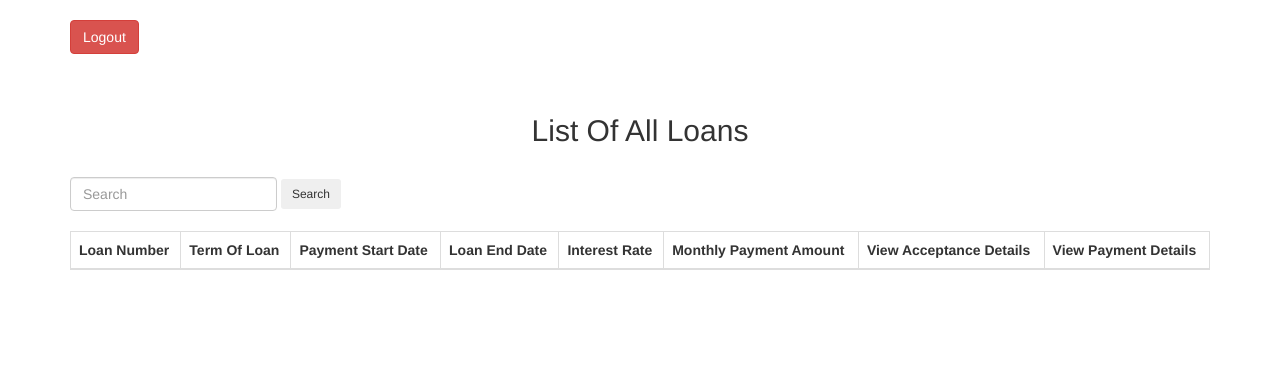
Repository: Bayvao/E-Loan-Project
Page: http://localhost/E-Loan-Project/WEB-INF/views/loan-list.jsp
An editor plug-in stored every save of this project. The page is shown before and after the next save, followed by the edit.
The browser window is 1280 px wide. The pictures show the whole page.
The page is served by Tomcat 9. Nobody is signed in. Other server files are loaded and not shown. The template is opened directly, without the code that normally fills it, so the values that code supplies are empty.

Above is the page before, as saved 2020-07-25 12:52:38.

### E-Loan-Project/src/main/webapp/WEB-INF/views/loan-list.jsp
<%@ taglib prefix="form" uri="http://www.springframework.org/tags/form"%>
<%@ taglib prefix="security"
	uri="http://www.springframework.org/security/tags"%>
<%@ taglib prefix="c" uri="http://java.sun.com/jsp/jstl/core"%>

<!DOCTYPE html>
<html lang="en">
<head>
<title>Loan List</title>

<meta charset="utf-8">
<meta name="viewport" content="width=device-width, initial-scale=1">
<link rel="stylesheet"
	href="https://maxcdn.bootstrapcdn.com/bootstrap/3.4.1/css/bootstrap.min.css">
<script
	src="https://ajax.googleapis.com/ajax/libs/jquery/3.5.1/jquery.min.js"></script>
<script
	src="https://maxcdn.bootstrapcdn.com/bootstrap/3.4.1/js/bootstrap.min.js"></script>


<style>
caption {
	text-align: center;
}

h2 {
	text-align: center;
}
</style>
</head>
<body>

	<div class="container">
		<br />

		<!-- Add a logout button -->
		<form:form action="${pageContext.request.contextPath}/logout"
			method="POST">

			<input type="submit" class="btn btn-danger" value="Logout" />

		</form:form>


		<br />
		<!-- display user name and role -->

		<p>

			<security:authorize access="isAuthenticated()">
        User: <security:authentication property="principal.username" />
        | Role: <security:authentication
					property="principal.authorities" />
			</security:authorize>

			<br />
		<div>
			<h2>List Of All Loans</h2>
		</div>
		<br />

		<form:form action="${pageContext.request.contextPath}/searchLoan"
			method="POST" class="form-inline">
			<i class="fas fa-search" aria-hidden="true"></i> <input
				class="form-control form-control-sm ml-3 w-75" type="text"
				placeholder="Search" aria-label="Search">
				<button class="btn btn-outline-warning btn-rounded btn-sm my-0" type="submit">Search</button>
		</form:form>
		<br>

		<table class="table table-bordered table-hover">
			<thead>
				<tr>
					<th scope="col">Loan Number</th>
					<th scope="col">Term Of Loan</th>
					<th scope="col">Payment Start Date</th>
					<th scope="col">Loan End Date</th>
					<th scope="col">Interest Rate</th>
					<th scope="col">Monthly Payment Amount</th>
					<th scope="col">View Acceptance Details</th>
					<th scope="col">View Payment Details</th>

				</tr>
			</thead>
			<tbody>
				<c:forEach items="${listLoan}" var="loan">
					<tr>
						<td scope="row">${loan.loanNumber}</td>
						<td>${loan.termOfLoan}</td>
						<td>${loan.repaymentStartDate}</td>
						<td>${loan.loanClosureDate}</td>
						<td>${loan.interestRate}</td>
						<td>${loan.monthlyPaymentAmount}</td>
						<td><a
							href="${pageContext.request.contextPath}/manager/detailView?id=${loan.loanNumber}">View
								Details</a></td>
						<td><a
							href="${pageContext.request.contextPath}/manager/viewPaymentDetails?id=${loan.loanNumber}">View
								Details</a></td>
					</tr>
				</c:forEach>
			</tbody>
		</table>
	</div>
</body>
</html>

After the next save:
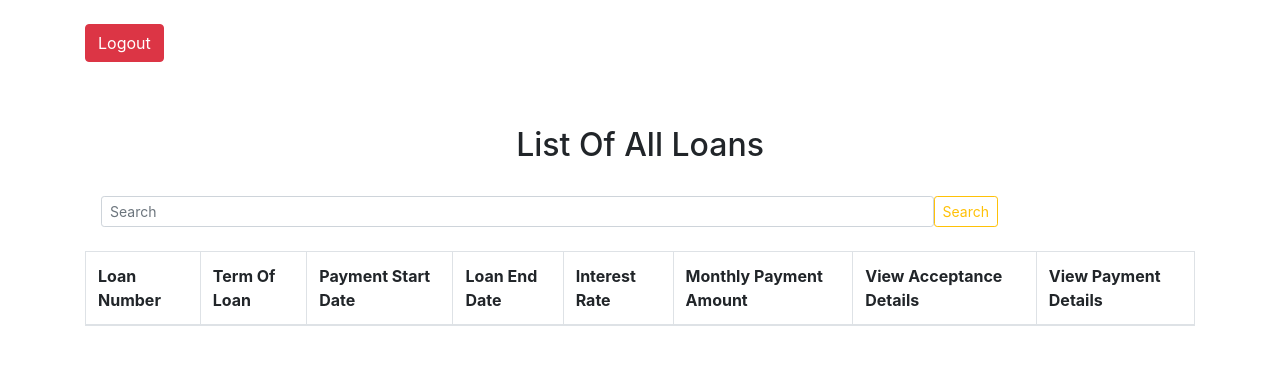
Saved 89 s later.
--- a/E-Loan-Project/src/main/webapp/WEB-INF/views/loan-list.jsp
+++ b/E-Loan-Project/src/main/webapp/WEB-INF/views/loan-list.jsp
@@ -10,8 +10,7 @@
 
 <meta charset="utf-8">
 <meta name="viewport" content="width=device-width, initial-scale=1">
-<link rel="stylesheet"
-	href="https://maxcdn.bootstrapcdn.com/bootstrap/3.4.1/css/bootstrap.min.css">
+<link rel="stylesheet" href="https://maxcdn.bootstrapcdn.com/bootstrap/4.5.0/css/bootstrap.min.css">
 <script
 	src="https://ajax.googleapis.com/ajax/libs/jquery/3.5.1/jquery.min.js"></script>
 <script

After the 4 saves that followed:
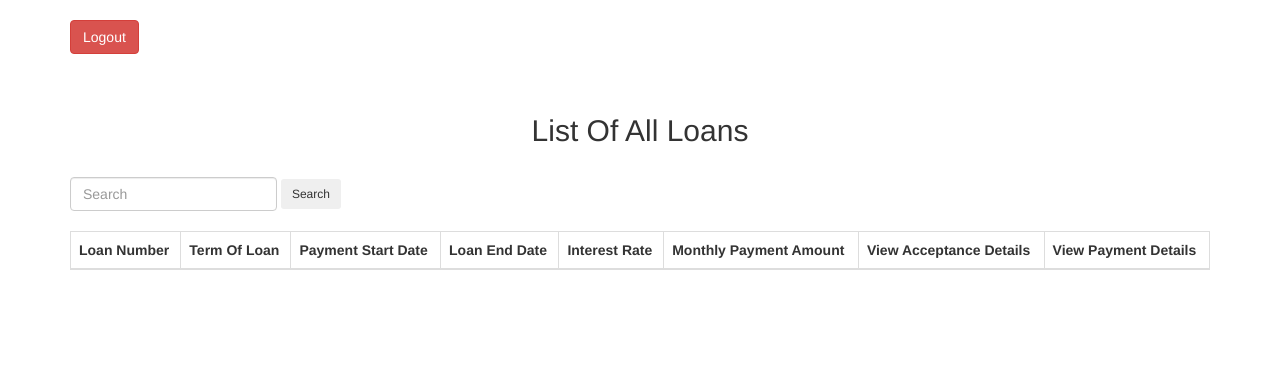
The 4 saves are shown as one change because 2 left the picture as it was and some came seconds apart.
The last was saved 54 s later.
--- a/E-Loan-Project/src/main/webapp/WEB-INF/views/loan-list.jsp
+++ b/E-Loan-Project/src/main/webapp/WEB-INF/views/loan-list.jsp
@@ -10,7 +10,8 @@
 
 <meta charset="utf-8">
 <meta name="viewport" content="width=device-width, initial-scale=1">
-<link rel="stylesheet" href="https://maxcdn.bootstrapcdn.com/bootstrap/4.5.0/css/bootstrap.min.css">
+<link rel="stylesheet"
+	href="https://maxcdn.bootstrapcdn.com/bootstrap/3.4.1/css/bootstrap.min.css">
 <script
 	src="https://ajax.googleapis.com/ajax/libs/jquery/3.5.1/jquery.min.js"></script>
 <script
